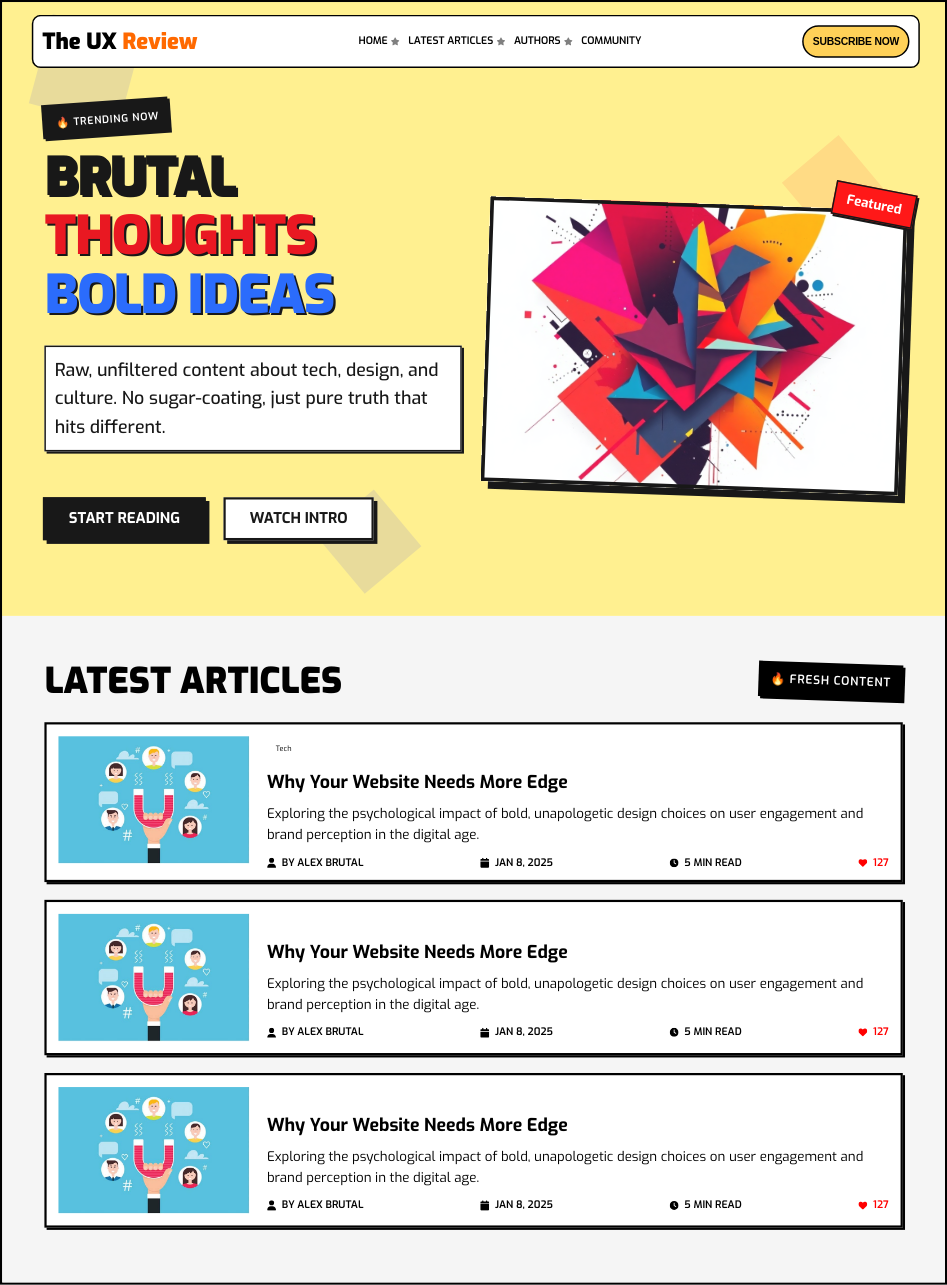
Repository: abdobadawi-ops/Route-Academy-Assignments
Page: Fourth Assignment - the-ux-review-blog/test.html
An editor plug-in stored every save of this project. The page is shown before and after the next save, followed by the edit.
The browser window is 1280 px wide. The pictures show the whole page, at 74% of full size.

Above is the page before, as saved 2026-05-13 02:03:18.

After the next save:
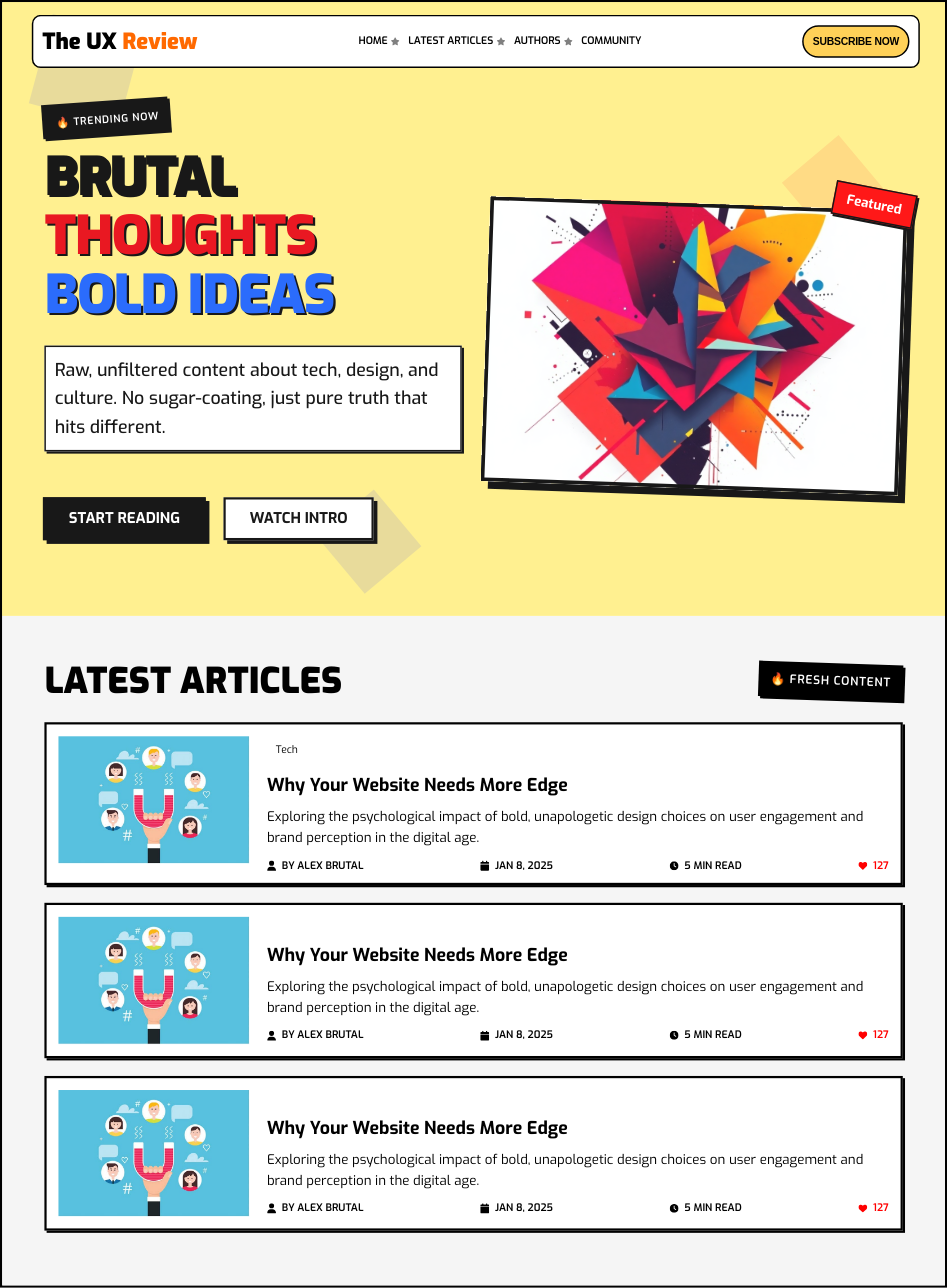
Saved 13 s later.
--- a/Fourth Assignment - the-ux-review-blog/test.css
+++ b/Fourth Assignment - the-ux-review-blog/test.css
@@ -353,6 +353,8 @@ img {
 
 .articles__tag {
   padding: 1.2rem;
+  font-size: 1.4rem;
+  font-weight:;
 }
 
 .articles__main-title {
